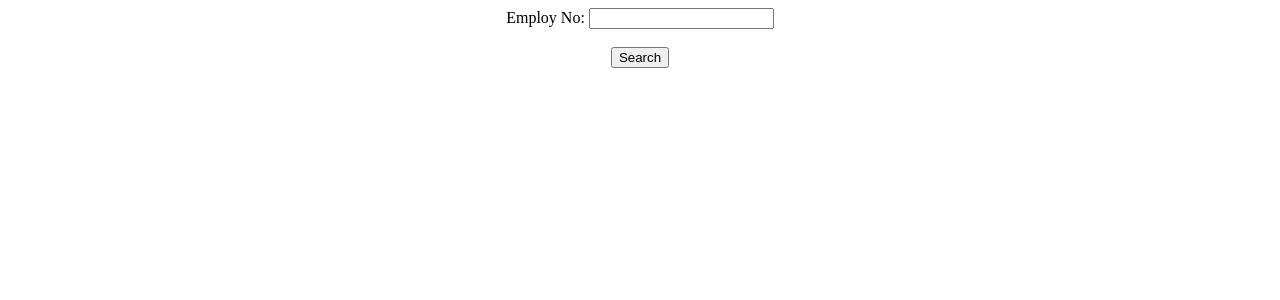
Repository: sandeshAraveti/Java-training
Page: Java_HCL/Day_jdbc/JstlDemos/WebContent/employsearch.html
The author's editor kept a copy of each file at every save. The page is drawn from the files as they stood at one save, then again after the next save.
The browser window is 1280 px wide. The pictures show the whole page.

Above is the page before, as saved 2019-12-10 05:45:27.

### Java_HCL/Day_jdbc/JstlDemos/WebContent/employsearch.html
<!DOCTYPE html>
<html>
<head>
<meta charset="ISO-8859-1">
<title>Insert title here</title>
</head>
<body>
<form method="get" action="employsearch.jsp">
<center>
Employ No:
 <input type="text" name="empno"/><br/><br/>
 <input type="submit" value="Search"/>

</center>

</form>

</body>
</html>

After the next save:
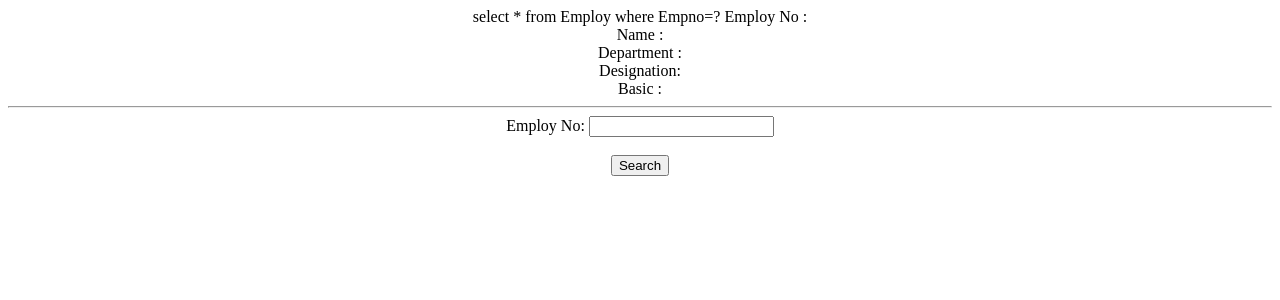
Saved 22 min 57 s later.
--- a/Java_HCL/Day_jdbc/JstlDemos/WebContent/employsearch.html
+++ b/Java_HCL/Day_jdbc/JstlDemos/WebContent/employsearch.html
@@ -7,13 +7,39 @@
 <body>
 <form method="get" action="employsearch.jsp">
 <center>
+<sql:setDataSource var="conn"
+driver="com.mysql.jdbc.Driver"
+url="jdbc:mysql:localhost:3307/sqlpractice"
+user="root"
+'password="root"
+/>
+<sql:query var="empQuery" dataSource="${conn}">
+select * from Employ where Empno=?
+<sql:param value="${param.empno"/>
+</sql:query>
+<c:forEach var="e" items="${empQuery.rows}">
+      Employ No :
+      <c:out value=" ${e.Empno}"/> <br/>
+      Name :
+      <c:out value="${e.Name}" /><br/>
+      Department :
+      <c:out=" ${e.Dept}"/> <br/>
+      Designation:
+      <c:outvalue=" ${e.Desig}"/> <br/>
+      Basic :
+      <c:out value=" ${e.Basic}"/> <br/><hr/>
+     </c:forEach>
+
+
+
+
+
+
+
 Employ No:
  <input type="text" name="empno"/><br/><br/>
  <input type="submit" value="Search"/>
-
 </center>
-
 </form>
-
 </body>
 </html>
